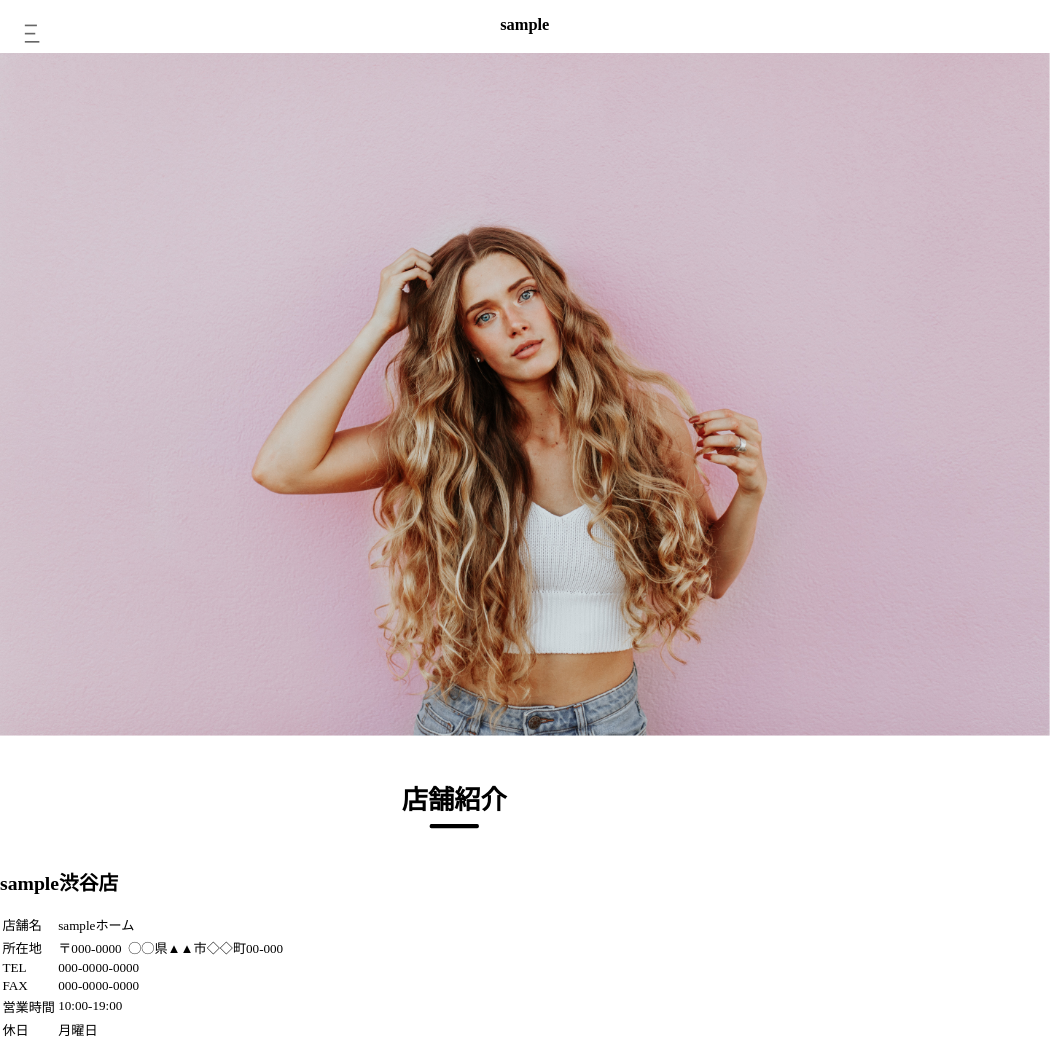
Repository: hayashikazuki/side_job_tenp_hayashi
Page: salon-tenp/profile.html
The author's editor kept a record of every edit. The page is drawn from the files as they stood at one moment, then again after the next edit.
The browser window is 1280 px wide. The pictures show the whole page, at 82% of full size.
Some web libraries are served in a nearby version.

Above is the page before.

### salon-tenp/profile.html
<!DOCTYPE>
<html lang="ja">
    <head>
        <meta charaset="UTF-8">
        <title>sampleサロン</title>
        <meta charset="UTF-8">
        <meta name="viewport" content="width=device-width,initial-scale=1">
        <link rel="stylesheet" href="profile.css"/>
        <link href="https://use.fontawesome.com/releases/v5.6.1/css/all.css" rel="stylesheet">
        <link rel="stylesheet" href="https://cdnjs.cloudflare.com/ajax/libs/font-awesome-animation/0.0.10/font-awesome-animation.css"
        type="text/css" media="all" />
        <script src="https://ajax.googleapis.com/ajax/libs/jquery/3.5.1/jquery.min.js"></script>
        <script src="profile.js"></script>
    </head>
    <body>
        <header>
            <h1>sample</h1>
        </header>

        <div id="navArea">

            <nav>
                <div class="inner">
                  <ul>
                    <li><a href="#">TOP</a></li>
                    <li><a href="#">店舗紹介</a></li>
                    <li><a href="#">お問い合わせ</a></li>
                  </ul>
                </div>
            </nav>

          　<div class="toggle_btn">
                <span></span>
                <span></span>
                <span></span>
          　</div>

      　　　　<div id="mask"></div>

    　　</div>

        <div class="main-img">
            <img src="./salon-img/averie-woodard-4nulm-JUYFo-unsplash.jpg">
        </div>

        <div class="shop-title">
            <h1>店舗紹介</h1>
        </div>

        <section class="shop-info">
            <h1>sample渋谷店</h1>
            <p></p>

            <div class="shop-img">
                <img src="">
            </div>
            <div class="info">
                <table class="table table-striped">
                    <tr>
                        <td><p>店舗名</p></td>
                        <td><p>sampleホーム</p></td>
                    </tr>
                    <tr>
                        <td><p>所在地</p></td>
                        <td><p>〒000-0000&nbsp;&nbsp;◯◯県▲▲市◇◇町00-000</p></td>
                    </tr>
                    <tr>
                        <td><p>TEL</p></td>
                        <td><p>000-0000-0000</p></td>
                    </tr>
                    <tr>
                        <td><p>FAX</p></td>
                        <td><p>000-0000-0000</p></td>
                    </tr>
                    <tr>
                        <td><p>営業時間</p></td>
                        <td><p>10:00-19:00</p></td>
                    </tr>
                    <tr>
                        <td><p>休日</p></td>
                        <td><p>月曜日</p></td>
                    </tr>
                </table>
            </div>

        </section>

    </body>
</html>

### salon-tenp/profile.css
body{
    margin:0;
}

header {
  position: fixed;
  top: 0;
  left: 0;
  z-index: 2;
  width: 100%;
  height: 65px;
  background: white;
}
header h1 {
  color: black;
  text-align:center;
  font-size:20px;
  line-height:35px;
  transition: .3s;
}

/*============
nav
=============*/
nav {
  display: block;
  position: fixed;
  top: 0;
  left: -300px;
  bottom: 0;
  width: 300px;
  background: #ffffff;
  overflow-x: hidden;
  overflow-y: auto;
  -webkit-overflow-scrolling: touch;
  transition: .5s;
  z-index: 3;
}
.open nav {
  left: 0;
}
nav .inner {
  padding: 25px;
}
nav .inner ul {
  list-style: none;
  margin: 0;
  padding: 0;
}
nav .inner ul li {
  position: relative;
  margin: 0;
  border-bottom: 1px solid #333;
}
nav .inner ul li a {
  display: block;
  color: #333;
  font-size: 14px;
  padding: 1em;
  text-decoration: none;
  transition-duration: 0.2s;
}
nav .inner ul li a:hover {
  background: #e4e4e4;
}

@media screen and (max-width: 767px) {
  nav {
    left: -240px;
    width: 240px;
  }
}
/*============
@keyframes
=============*/
@keyframes equalizer01 {
  0% {
    width: 70%;
  }
  10% {
    width: 50%;
  }
  20% {
    width: 100%;
  }
  30% {
    width: 10%;
  }
  40% {
    width: 50%;
  }
  50% {
    width: 70%;
  }
  60% {
    width: 50%;
  }
  70% {
    width: 10%;
  }
  80% {
    width: 100%;
  }
  90% {
    width: 10%;
  }
  100% {
    width: 70%;
  }
}
@keyframes equalizer02 {
  0% {
    width: 30%;
  }
  10% {
    width: 20%;
  }
  20% {
    width: 40%;
  }
  30% {
    width: 10%;
  }
  40% {
    width: 20%;
  }
  50% {
    width: 30%;
  }
  60% {
    width: 20%;
  }
  70% {
    width: 10%;
  }
  80% {
    width: 40%;
  }
  90% {
    width: 10%;
  }
  100% {
    width: 30%;
  }
}
/*============
.toggle_btn
=============*/
.toggle_btn {
  display: block;
  position: fixed;
  top: 25px;
  left: 30px;
  width: 60px;
  height: 30px;
  transform: translate(0, 0);
  transition: all .5s;
  cursor: pointer;
  z-index: 3;
}
.open .toggle_btn {
  left: 330px;
}
.toggle_btn span {
  display: block;
  position: absolute;
  left: 0;
  width: 30px;
  height: 2px;
  background-color: #666;
  transition: all .5s;
}
.toggle_btn span:nth-child(1) {
  top: 5px;
  width: 60px;
  animation: equalizer01 7000ms infinite;
}
.toggle_btn span:nth-child(2) {
  top: 15px;
  width: 30px;
  animation: equalizer02 5000ms infinite;
  animation-delay: 0.33s;
}
.toggle_btn span:nth-child(3) {
  top: 25px;
  width: 20px;
  animation: equalizer02 5000ms infinite;
}
.open .toggle_btn span {
  background-color: #fff;
  width: 30px;
}
.open .toggle_btn span:nth-child(1) {
  transform: translate(0, 10px) rotate(-45deg);
  animation: unset;
}
.open .toggle_btn span:nth-child(2) {
  opacity: 0;
  animation: unset;
}
.open .toggle_btn span:nth-child(3) {
  transform: translate(0, -10px) rotate(45deg);
  animation: unset;
}
@media screen and (max-width: 767px) {
  .open .toggle_btn {
    left: 260px;
  }
}
/*============
#mask
=============*/
#mask {
  display: none;
}
.open #mask {
  display: block;
  position: fixed;
  top: 0;
  left: 0;
  width: 100%;
  height: 100%;
  background: #000;
  opacity: .8;
  z-index: 2;
  cursor: pointer;
  transition: all .5s;
}


.main-img{
  margin-top:20px;
}

.main-img img{
    width:100%;
}

.shop-title{
  width:300px;
  margin:30px auto;
}

.shop-title h1 {
  position: relative;
  display: inline-block;
  margin-bottom: 1em;
}

.shop-title h1:before {
  content: '';
  position: absolute;
  bottom: -15px;
  display: inline-block;
  width: 60px;
  height: 5px;
  left: 50%;
  -webkit-transform: translateX(-50%);
  transform: translateX(-50%);
  background-color: black;
  border-radius: 2px;
}

Loaded but not shown: salon-tenp/bootstrap.css (library); salon-tenp/profile.js (no copy from this time; the picture is the same without it)

After the next edit:
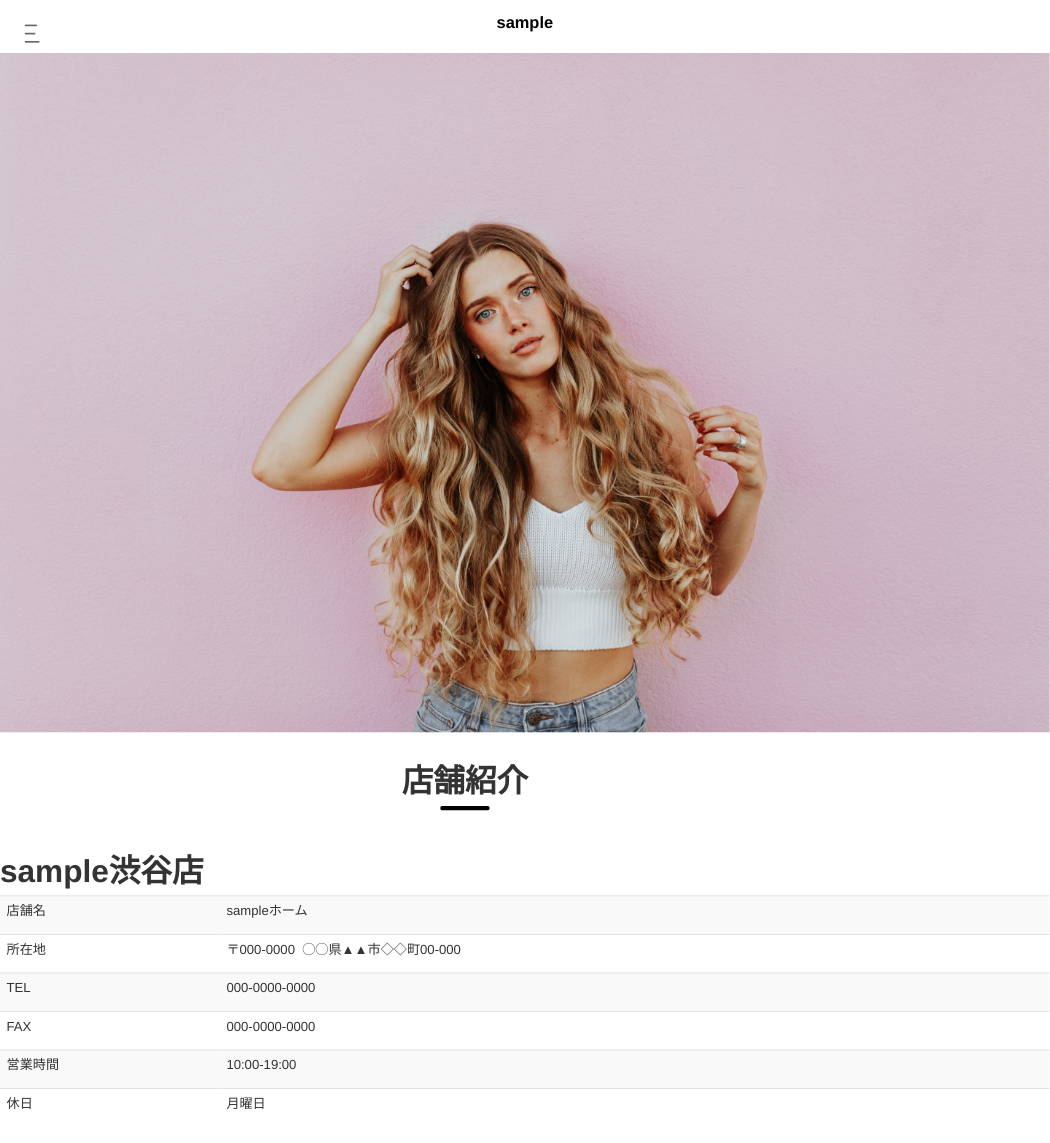
The edit:
--- a/salon-tenp/profile.html
+++ b/salon-tenp/profile.html
@@ -6,6 +6,7 @@
         <meta charset="UTF-8">
         <meta name="viewport" content="width=device-width,initial-scale=1">
         <link rel="stylesheet" href="profile.css"/>
+        <link rel="stylesheet" href="bootstrap.css"/>
         <link href="https://use.fontawesome.com/releases/v5.6.1/css/all.css" rel="stylesheet">
         <link rel="stylesheet" href="https://cdnjs.cloudflare.com/ajax/libs/font-awesome-animation/0.0.10/font-awesome-animation.css"
         type="text/css" media="all" />
